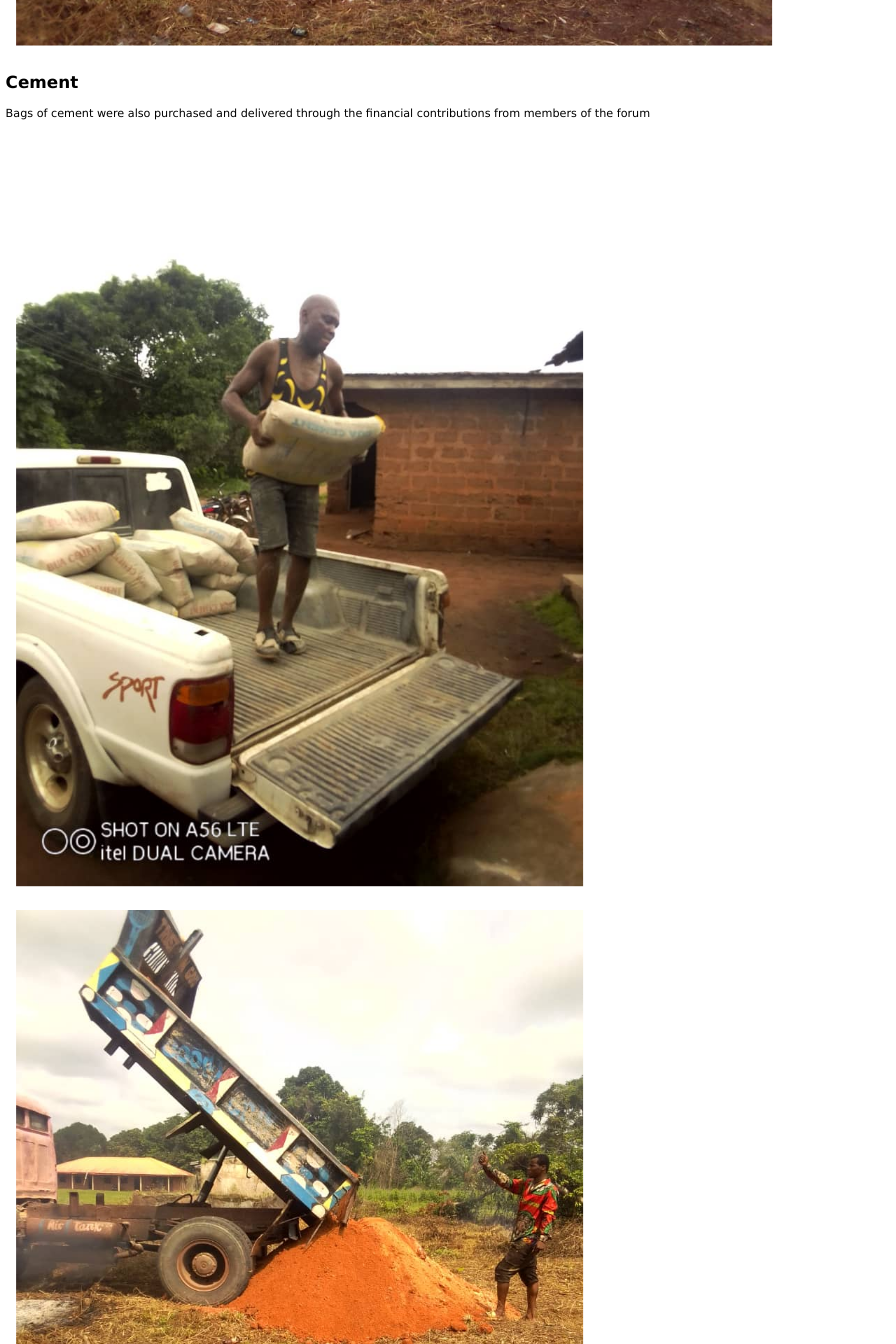
Repository: OtasowieRotimiOsifo/oheze-naka-forum
Page: projects_update_info.html
These files come from the project's save history. The page is drawn as it stood at one moment and after the next save; the edit follows.
The browser window is 1280 px wide. The pictures show the part of the page from y = 4580 to 6500 px (the page is 7055 px tall), at 70% of full size.

Above is the page before, as saved 2021-07-23 23:49:39.

After the next save:
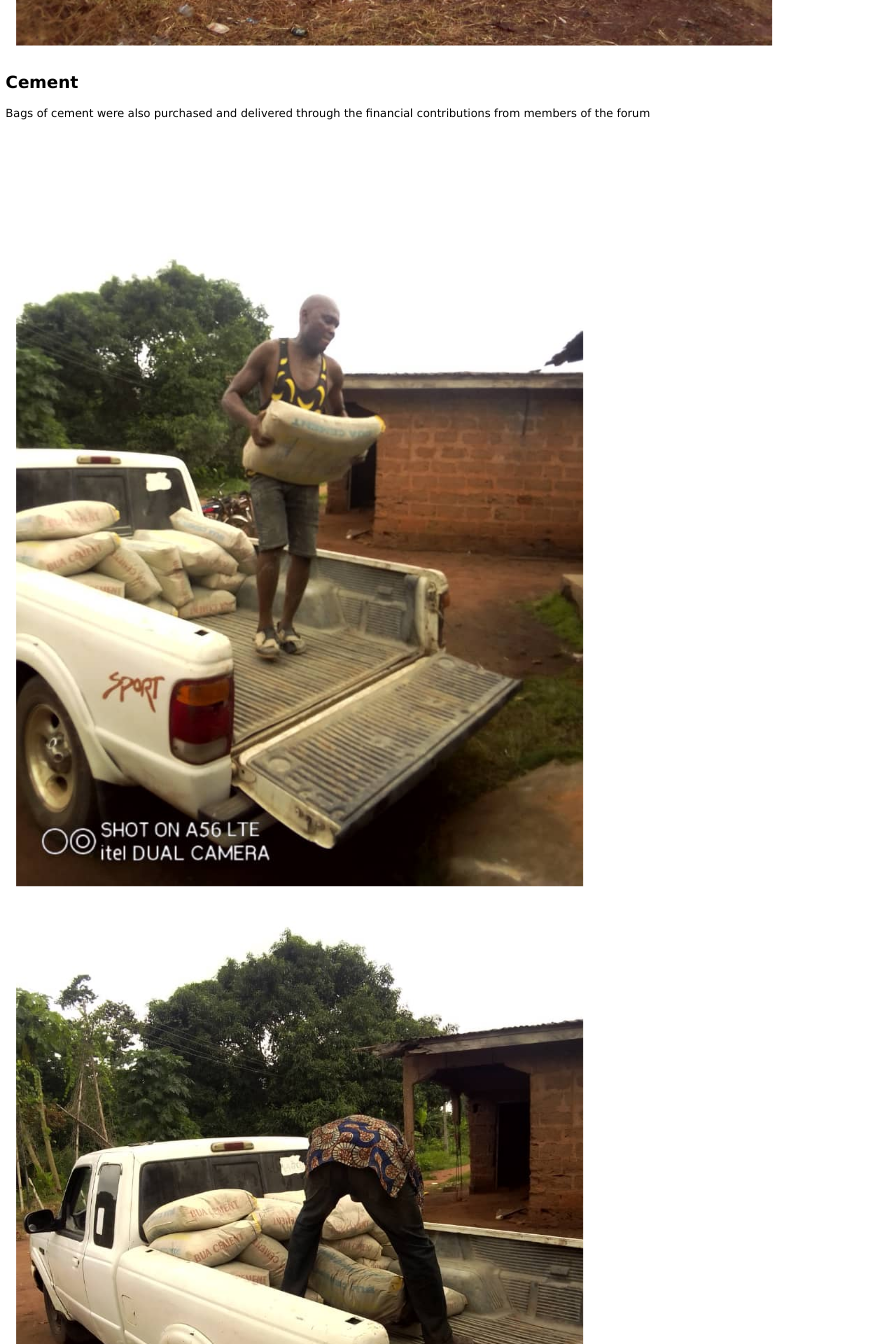
Saved 23 s later.
--- a/projects_update_info.html
+++ b/projects_update_info.html
@@ -151,7 +151,7 @@ html {
   </div>
   <div class="row">
     <div  class="col-12 col-s-12">
-      <img src="project_updates/delivery-of-sand-2.jpeg"/>
+      <img src="project_updates/delivery-of-cement-1.jpeg"/>
   </div>
   </div>
 <div class="footer">
